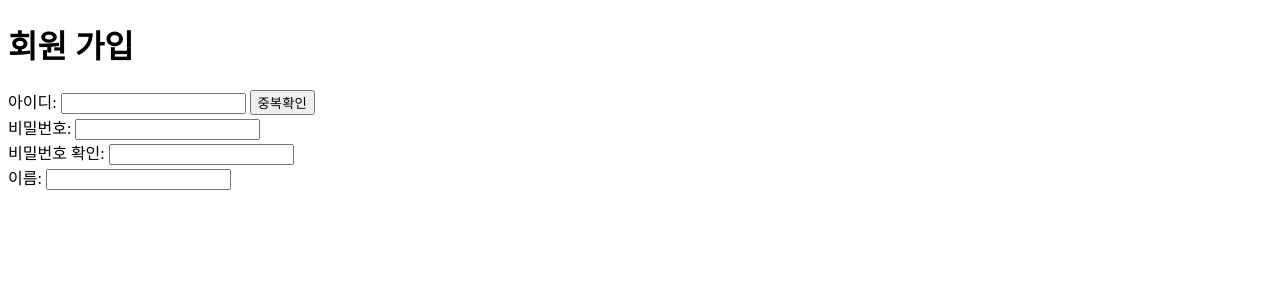
Repository: Chojaejun/javastudy
Page: HelloWorld/WebContent/Test2.html
The author's editor kept a copy of each file at every save. The page is drawn from the files as they stood at one save, then again after the next save.
The browser window is 1280 px wide. The pictures show the whole page.

Above is the page before, as saved 2020-12-07 00:49:04.

After the next save:
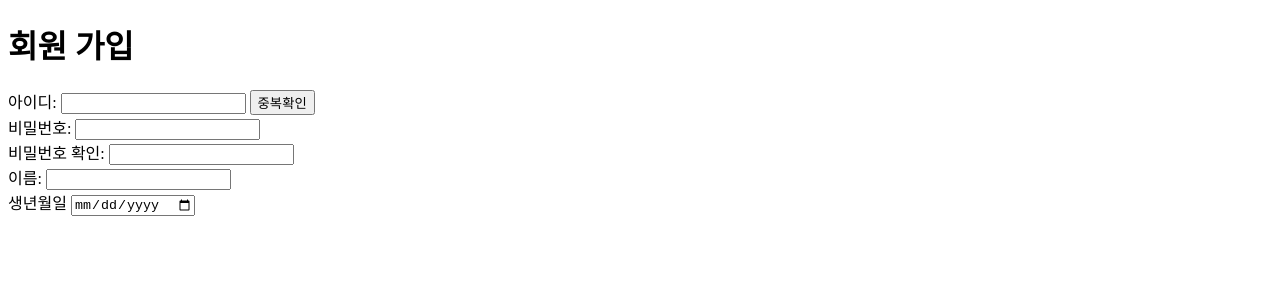
Saved 60 s later.
--- a/HelloWorld/WebContent/Test2.html
+++ b/HelloWorld/WebContent/Test2.html
@@ -18,6 +18,10 @@
 <br>
 <label for="name">이름: </label>
 <input id="name" name="name">
+<br>
+<label for="birth">생년월일</label>
+<input id="birth" type="date" name="birth">
+
 
 
 
